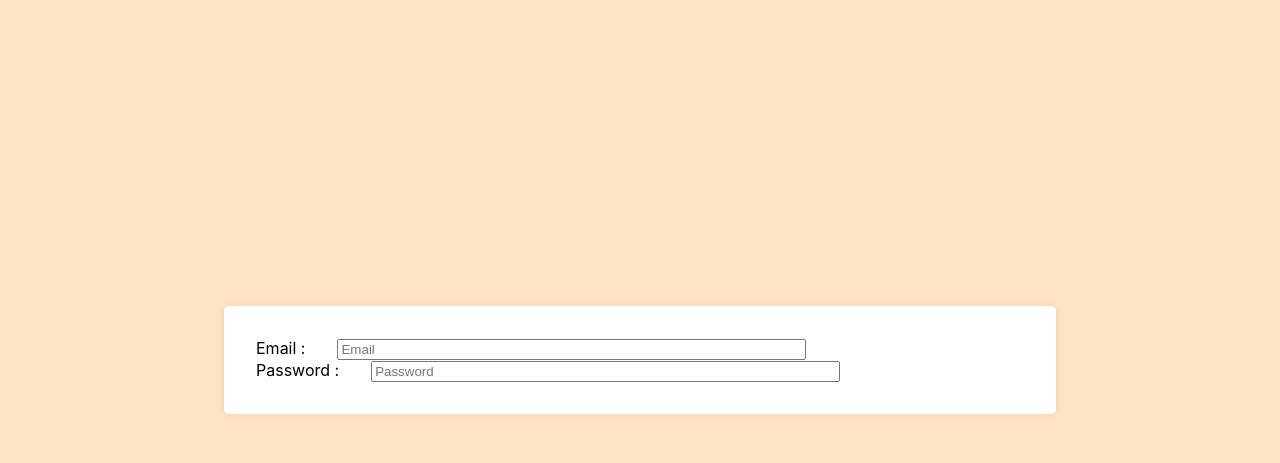
Repository: drumsmanku/test-1
Page: / (app in client/)
The author's editor kept a copy of each file at every save. The page is drawn from the files as they stood at one save, then again after the next save.
The browser window is 1280 px wide. The pictures show the whole page.
The project was rebuilt for these pictures with package versions that can differ from the ones it lists, and the page was loaded fresh each time. Also part of the build but not shown: client/src/App.css.

Above is the page before, as saved 2023-08-31 09:47:29.

After the next save:
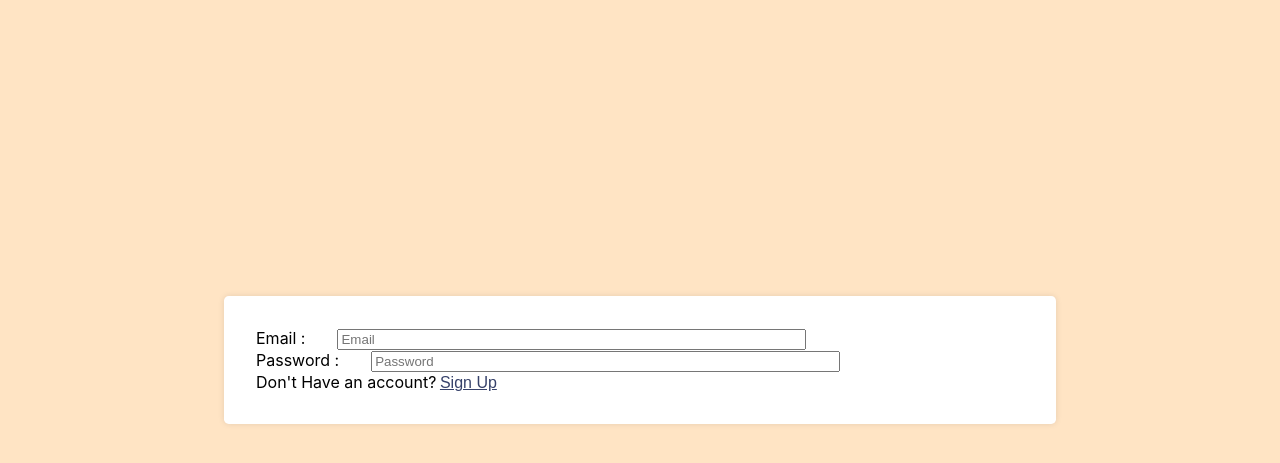
Saved 3 min 39 s later.
--- a/client/src/Components/Login/Login.js
+++ b/client/src/Components/Login/Login.js
@@ -15,6 +15,8 @@ function Login() {
               <label htmlFor="password">Password :</label>
               <input type="password" name='password'   placeholder='Password' style={{width:'60%',marginLeft:'2rem' }} />
             </div>
+
+            <span style={{}}>Don't Have an account?<button style={{background:'none', color:'#36416A', fontSize:'medium', marginLeft:0, padding:0, width:'4rem', cursor:'pointer', border:'none', textDecoration:'underline'}}>Sign Up</button> </span>
         </form>
 
       </div>
